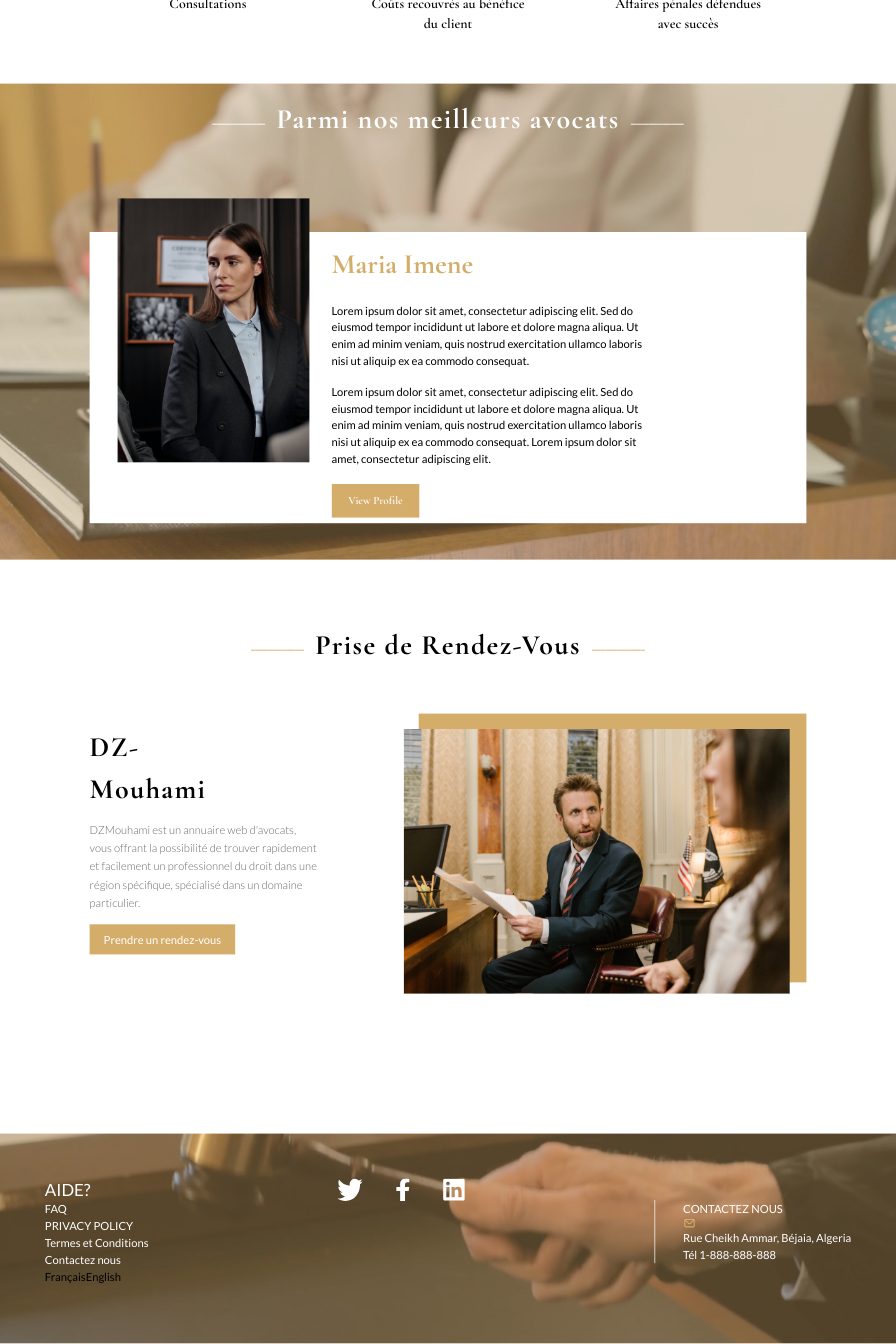
Repository: Chekrouba-Tinhinane/Mohami_dz
Page: / (app in client/)
These files come from the project's save history. The page is drawn as it stood at one moment and after a run of saves; the edit follows.
The browser window is 1280 px wide. The pictures show the part of the page from y = 2348 to 4268 px (the page is 4268 px tall), at 70% of full size.
The project was rebuilt for these pictures with package versions that can differ from the ones it lists, and the page was loaded fresh each time. Also part of the build but not shown: client/vite.config.js, client/src/SignIn.jsx, client/src/components/Selector.jsx, client/src/components/SearchContainer.jsx, client/src/Search.jsx, client/src/components/super/HomeLayout.jsx, client/src/components/Profile.jsx.

Above is the page before, as saved 2024-01-25 18:19:19.

### client/index.html
<!doctype html>
<html lang="en">
  <head>
    <meta charset="UTF-8" />
    <link rel="icon" type="image/svg+xml" href="/vite.svg" />
    <meta name="viewport" content="width=device-width, initial-scale=1.0" />
    <title>Mouhami DZ</title>
  </head>
  <body>
    <div id="root"></div>
    <script type="module" src="/src/App.jsx"></script>
  </body>
</html>

### client/src/App.jsx
import React from "react";
import { createRoot } from "react-dom/client";
import { BrowserRouter, Routes, Route } from "react-router-dom";
import "./index.css";
import LandingPage from "./LandingPage";
import SignIn from "./SignIn";
import Search from "./Search";
import HomeLayout from "./components/super/HomeLayout";
import Profile from "./components/Profile";

const App = () => {
  return (
    <BrowserRouter>
      <Routes>
        <Route path={"/"} element={<LandingPage />} />

        <Route path={"/Signin"} element={<SignIn />} />
        <Route
          path={"/Search"}
          element={<HomeLayout pageComponent={<Search />} />}
        />
        {/* <Route path={"/Signin"} element={<SignIn />} />
        <Route
          path={"/Schedule"}
          element={<HomeLayout pageComponent={<Schedule />} />}
        />

        <Route
          path={"/Settings"}
          element={<HomeLayout pageComponent={<Staff />} />}
        />
        <Route
          path={"/profile/:id"}
          element={<HomeLayout pageComponent={<Profile />} />}
        /> */}
        <Route
          path={"/profile"}
          element={<HomeLayout pageComponent={<Profile />} />}
        />
      </Routes>
    </BrowserRouter>
  );
};

export default App;

const root = createRoot(document.getElementById("root"));
root.render(<App />);

### client/src/index.css
@import url("https://fonts.googleapis.com/css2?family=Cormorant+Garamond:wght@300;400;500;600;700&family=Lato:wght@100;300;400;700;900&display=swap");

@tailwind base;
@tailwind components;
@tailwind utilities;

@layer base {
  a {
    @apply cursor-pointer;
  }
  h1 {
    @apply text-[50px] font-bold;
  }
  h2 {
    @apply text-[2.5rem] font-bold;
  }
  p {
  }
  h3 {
  }
  h4 {
    @apply text-[1rem] font-semibold;
  }
  textarea {
  }
  input {
  }
  select {
  }
}

* {
  /*font-family: 'Cormorant Garamond', serif; */
  font-family: "Lato", sans-serif;
  box-sizing: border-box;
  padding: 0;
  margin: 0;
}

.recursive {
  font-family: "Cormorant Garamond", serif;
}

.nav-item::after {
  content: "";
  display: block;
  width: 0;
  height: 2px;
  margin-top: 5px;
  background-color: rgb(212, 173, 107);
  transition: width 0.4s;
}

.nav-item:hover::after {
  width: 100%;
}

### client/src/LandingPage.jsx
import React, { useEffect, useState } from "react";

import header from "./assets/landing/header.jpg";
import hero from "./assets/landing/hero.png";
import section1 from "./assets/landing/section1.jpg";
import section2 from "./assets/landing/section2.jpg";
import footer from "./assets/landing/footer.jpg";
import maria from "./assets/landing/maria.jpg";
import scene from "./assets/landing/scene.png";

import msg from "./assets/icons/contact/msg.svg";

import twitter from "./assets/icons/footer/twitter.svg";
import fb from "./assets/icons/footer/fb.svg";
import linkedin from "./assets/icons/footer/linkedin.svg";

import NavBar from "./components/super/NavBar";

import AOS from "aos";
import "aos/dist/aos.css";

AOS.init();

const LandingPage = () => {
  useEffect(() => {
    AOS.refresh();
  }, []);

  return (
    <div className="overflow-hidden flex flex-col relative mx-auto items-center bg-white z-10">
      <header className=" p-3 recursive border-b border-b-primary w-[90%] text-center font-semibold text-xl">
        {" "}
        DZ Mouhami{" "}
      </header>
      <NavBar />
      <Header />
      <About />
      <Feedback />

      <Achievements />
      <Hero />
      <Appoint />
      <Footer />
    </div>
  );
};

export default LandingPage;

function Header() {
  return (
    <section
      id="header"
      className=" relative flex w-screen justify-center my-3"
    >
      <img src={header} className="w-full h-[600px] object-cover" alt="" />
      <h2 className=" recursive absolute bottom-[7%] left-[10%] text-white w-[60%]">
        "Legal Solutions, Trusted Advocacy: Your Path to Justice Begins with
        Us."
      </h2>
    </section>
  );
}

function About() {
  return (
    <section
      id="about"
      data-aos="fade-right"
      data-aos-duration="1000"
      className="mx-3 my-10 flex gap-[6rem] justify-center items-center"
    >
      {/* fifth section */}
      <div className=" flex flex-col w-[40%] ">
        <h2 className=" recursive w-[40%] place-self-end">
          A propos de DZ Mouhami
        </h2>
        <img src={hero} className="" alt="" />
      </div>

      <div className=" basis-[40%] mb-16 ">
        {" "}
        {/*  */}
        <h2 className=" recursive tracking-wider w-[50%] my-4">DZ-Mouhami</h2>
        <p className=" w-[80%] opacity-60 font-light leading-relaxed mb-7">
          DZMouhami est un annuaire web d'avocats, vous offrant la possibilité
          de trouver rapidement et facilement un professionnel du droit dans une
          région spécifique, spécialisé dans un domaine particulier.
        </p>
        <a
          href=""
          className=" py-2 px-5 text-white bg-primary hover:bg-opacity-65"
        >
          Trouver un avocat
        </a>
      </div>
    </section>
  );
}

function Feedback() {
  const userComments = [
    {
      username: "User123",
      comment:
        "Effortlessly found the right lawyer for my needs – the detailed profiles and client reviews streamlined the decision-making process.",
    },
    {
      username: "LegalEagle",
      comment:
        "Incredibly user-friendly directory; comprehensive lawyer profiles and responsive design made my search for legal representation hassle-free.",
    },
    {
      username: "LawSeeker",
      comment:
        "Highly impressed with the intuitive interface and wealth of information – this directory simplified the task of finding a skilled attorney.",
    },
  ];

  // You can now use the userComments array as needed in your code.

  return (
    <section
      id="feedback"
      className=" relative flex w-screen justify-center my-4"
    >
      <img
        src={section1}
        className="w-full h-[640px] bg-center object-cover"
        alt=""
      />
      <div className="absolute top-0 text-white">
        <div className=" flex flex-col items-center">
          <div className="flex items-center my-5 gap-4">
            <span className=" font-semibold select-none">____________</span>
            <h2 className=" recursive  tracking-wider ">
              Nos Témoignages
            </h2>{" "}
            <span className=" font-semibold select-none">____________</span>
          </div>

          <h2 className=" mt-16 mb-8 recursive w-[85%] text-center">
            CE QUE NOS CLIENTS PENSENT DE NOUS
          </h2>
          <div className=" flex gap-10 w-[75%] ">
            {userComments.map((el, i) => {
              return (
                <div className=" flex flex-col justify-between bg-white p-6 rounded-md text-black text-sm h-56 ">
                  {el.comment}
                  <div className=" flex gap-5 items-center">
                    {" "}
                    <div class="w-14 h-14 bg-gray-500 rounded-full"></div>
                    {el.username}
                  </div>
                </div>
              );
            })}
          </div>
        </div>
      </div>
    </section>
  );
}

function Achievements() {
  return (
    <div className=" flex flex-col w-[80%] items-center mx-auto my-10 gap-8 ">
      <div className="flex items-center my-5 gap-4">
        <span className=" font-semibold select-none text-primary">
          ____________
        </span>
        <h2 className=" recursive tracking-wider">Nos Réalisations</h2>{" "}
        <span className=" font-semibold select-none text-primary">
          ____________
        </span>
      </div>

      <div className="flex w-full justify-between  ">
        <div className="flex flex-col items-center basis-[33%] gap-4">
          {" "}
          <h4 className=" recursive text-primary text-3xl font-bold">
            879+
          </h4>{" "}
          <span className=" w-[70%] text-center recursive font-semibold text-xl">
            Consultations
          </span>
        </div>
        <div className="flex flex-col items-center basis-[33%] gap-4">
          {" "}
          <h4 className=" recursive text-primary text-3xl font-bold">
            12 Mil
          </h4>{" "}
          <span className=" w-[70%] text-center recursive font-semibold text-xl">
            Coûts recouvrés au bénéfice du client
          </span>
        </div>
        <div className="flex flex-col items-center basis-[33%] gap-4">
          {" "}
          <h4 className=" recursive text-primary text-3xl font-bold">
            92%
          </h4>{" "}
          <span className=" w-[70%] text-center recursive font-semibold text-xl">
            Affaires pénales défendues avec succès
          </span>
        </div>
      </div>
    </div>
  );
}

function Hero() {
  return (
    <section id="hero" className=" relative flex w-screen justify-center my-8 ">
      <img
        src={section2}
        className="w-full h-[680px] bg-center object-cover"
        alt=""
      />
      <div className="absolute top-0 text-white">
        <div className=" flex flex-col items-center gap-[6rem]">
          <div className="flex items-center my-5 gap-4">
            <span className=" font-semibold select-none">____________</span>
            <h2 className=" recursive  tracking-wider ">
              Parmi nos meilleurs avocats
            </h2>{" "}
            <span className=" font-semibold select-none">____________</span>
          </div>

          <div className=" flex gap-8 w-[80%] bg-white text-black h-[26rem] px-10 my-4 ">
            <div className="relative basis-[30%]">
              {" "}
              <img
                src={maria}
                alt=""
                className=" absolute -top-12  object-contain"
              />
            </div>
            <div className=" flex flex-col basis-[70%] my-4 gap-6  ">
              {" "}
              <h2 className=" recursive text-primary">Maria Imene</h2>{" "}
              <p className=" w-[70%] flex flex-col gap-5 ">
                <span>
                  Lorem ipsum dolor sit amet, consectetur adipiscing elit. Sed
                  do eiusmod tempor incididunt ut labore et dolore magna aliqua.
                  Ut enim ad minim veniam, quis nostrud exercitation ullamco
                  laboris nisi ut aliquip ex ea commodo consequat.{" "}
                </span>

                <span>
                  Lorem ipsum dolor sit amet, consectetur adipiscing elit. Sed
                  do eiusmod tempor incididunt ut labore et dolore magna aliqua.
                  Ut enim ad minim veniam, quis nostrud exercitation ullamco
                  laboris nisi ut aliquip ex ea commodo consequat. Lorem ipsum
                  dolor sit amet, consectetur adipiscing elit.
                </span>
              </p>
              <a
                href=""
                className="flex w-max recursive text-white bg-primary px-6 py-3 font-semibold hover:bg-opacity-75"
              >
                View Profile
              </a>
            </div>
          </div>
        </div>
      </div>
    </section>
  );
}

function Footer() {
  const [language, setLanguage] = useState('fr');

  const handleLanguageChange = (event) => {
    setLanguage(event.target.value);
    // You can add logic here to change the language of your website
    // For example, you might reload the page or fetch translated content from a server
  };
  return (
    <footer
      id="footer"
      className="h-[300px] relative flex w-full justify-center mt-[10rem] text-white"
    >
      <img src={footer} alt="" className="w-full object-cover" />
      {/* sixth section */}
      <div className="absolute w-full flex justify-center pt-[4rem]">
        <div className="flex items-center justify-between px-16 max-w-[86rem] w-full">
          <div className="flex flex-col">
            <h3 className=" text-2xl">AIDE?</h3>
            <ul className="flex flex-col">
              <li>FAQ</li>
              <li>PRIVACY POLICY</li>
              <li>Termes et Conditions</li>
              <li>Contactez nous</li>
            </ul>

            <div className="language-selector text-black">
        <button onClick={() => handleLanguageChange('fr')}>Français</button>
        <button onClick={() => handleLanguageChange('en')}>English</button>
      </div>

          </div>

          <div className="flex place-self-start gap-[3rem]">
            <img src={twitter} alt="" />
            <img src={fb} alt="" />
            <img src={linkedin} alt="" />
          </div>

          <div className="border-l border-l-white pl-10 flex flex-col">
            <p>
              CONTACTEZ NOUS
              <span>
                <img src={msg} alt="" />
              </span>
            </p>
            <p>Rue Cheikh Ammar, Béjaia, Algeria</p>
            <p>Tél 1-888-888-888</p>
          </div>
        </div>
      </div>
    </footer>
  );
}

function Appoint() {
  return (
    <section
      id="appoint"
      className=" flex flex-col w-full justify-center items-center gap-[3rem] my-10"
    >
      <div className=" flex flex-col items-center">
        <div className="flex items-center my-5 gap-4">
          <span className=" font-semibold select-none text-primary">
            ____________
          </span>
          <h2 className=" recursive  tracking-wider ">Prise de Rendez-Vous</h2>{" "}
          <span className=" font-semibold select-none text-primary">
            ____________
          </span>
        </div>
      </div>

      <div className=" flex w-[80%] items-center justify-between ">
        <div className=" basis-[40%] mb-16 ">
          {" "}
          {/*  */}
          <h2 className=" recursive tracking-wider w-[50%] my-4">DZ-Mouhami</h2>
          <p className=" w-[80%] opacity-60 font-light leading-relaxed mb-7">
            DZMouhami est un annuaire web d'avocats, vous offrant la possibilité
            de trouver rapidement et facilement un professionnel du droit dans
            une région spécifique, spécialisé dans un domaine particulier.
          </p>
          <a
            href=""
            className=" py-3 px-5 text-white bg-primary hover:bg-opacity-65"
          >
            Prendre un rendez-vous{" "}
          </a>
        </div>

        <img src={scene} className="" alt="" />
      </div>
    </section>
  );
}

### client/src/components/super/NavBar.jsx
import { motion } from "framer-motion";
import { Link } from "react-router-dom";
import { Link as ScrollLink } from "react-scroll";

const NavBar = () => {
  return (
    <div
      whileHover={{ scale: 1, originX: 0, color: "#D4AD6B" }}
      transition={{ type: "tween", duration: 0.2 }}
      className=" flex items-center px-20 pt-6 mb-3 w-full justify-between "
    >
      <motion.ul className="flex gap-[2rem] text-sm">
        <motion.li
          whileHover={{ scale: 1, originX: 0, color: "#D4AD6B" }}
          transition={{ type: "tween", duration: 0.2 }}
          className=" font-semibold opacity-80 tracking-wider cursor-pointer"
        >
          <ScrollLink
            to={"about"}
            spy={true}
            smooth={true}
            offset={-50}
            duration={500}
            className="nav-item"
          >
            Accueil
          </ScrollLink>
        </motion.li>
        <motion.li
          whileHover={{ scale: 1, originX: 0, color: "#D4AD6B" }}
          transition={{ type: "tween", duration: 0.2 }}
          className=" font-semibold opacity-80 tracking-wider cursor-pointer"
        >
          <ScrollLink
            to="hero"
            spy={true}
            smooth={true}
            offset={0}
            duration={500}
            className="nav-item"
          >
            Trouver un avocat
          </ScrollLink>
        </motion.li>
        <motion.li
          whileHover={{ scale: 1, originX: 0, color: "#D4AD6B" }}
          transition={{ type: "tween", duration: 0.2 }}
          className=" font-semibold opacity-80 tracking-wider cursor-pointer"
        >
          <ScrollLink
            to="appoint"
            spy={true}
            smooth={true}
            offset={50}
            duration={500}
            className="nav-item"
          >
            Prendre un rendez-vous
          </ScrollLink>
        </motion.li>
        <motion.li
          whileHover={{ scale: 1, originX: 0, color: "#D4AD6B" }}
          transition={{ type: "tween", duration: 0.2 }}
          className=" font-semibold opacity-80 tracking-wider cursor-pointer"
        >
          <ScrollLink
            to="footer"
            spy={true}
            smooth={true}
            offset={-100}
            duration={500}
            className="nav-item"
          >
            Contactez nous
          </ScrollLink>
        </motion.li>
      </motion.ul>
      <div className="flex gap-[1rem]">
        <Link
          to={"/SignIn"}
          href=""
          className=" recursive flex items-center font-semibold text-primary border border-primary bg-white text-center text-lg py-1.5 px-3.5 hover:bg-opacity-70 "
        >
          Se connecter
        </Link>
      </div>
    </div>
  );
};

export default NavBar;

### client/tailwind.config.js
/** @type {import('tailwindcss').Config} */
module.exports = {
  content: ["./src/**/*.{js,jsx,ts,tsx}"],
  theme: {
    extend: {
      colors: {
        lightBrown: "#FAF5EE",
        primary: "#D4AD6B"
      },
    },
  },
  plugins: [],
};

After the next 2 saves:
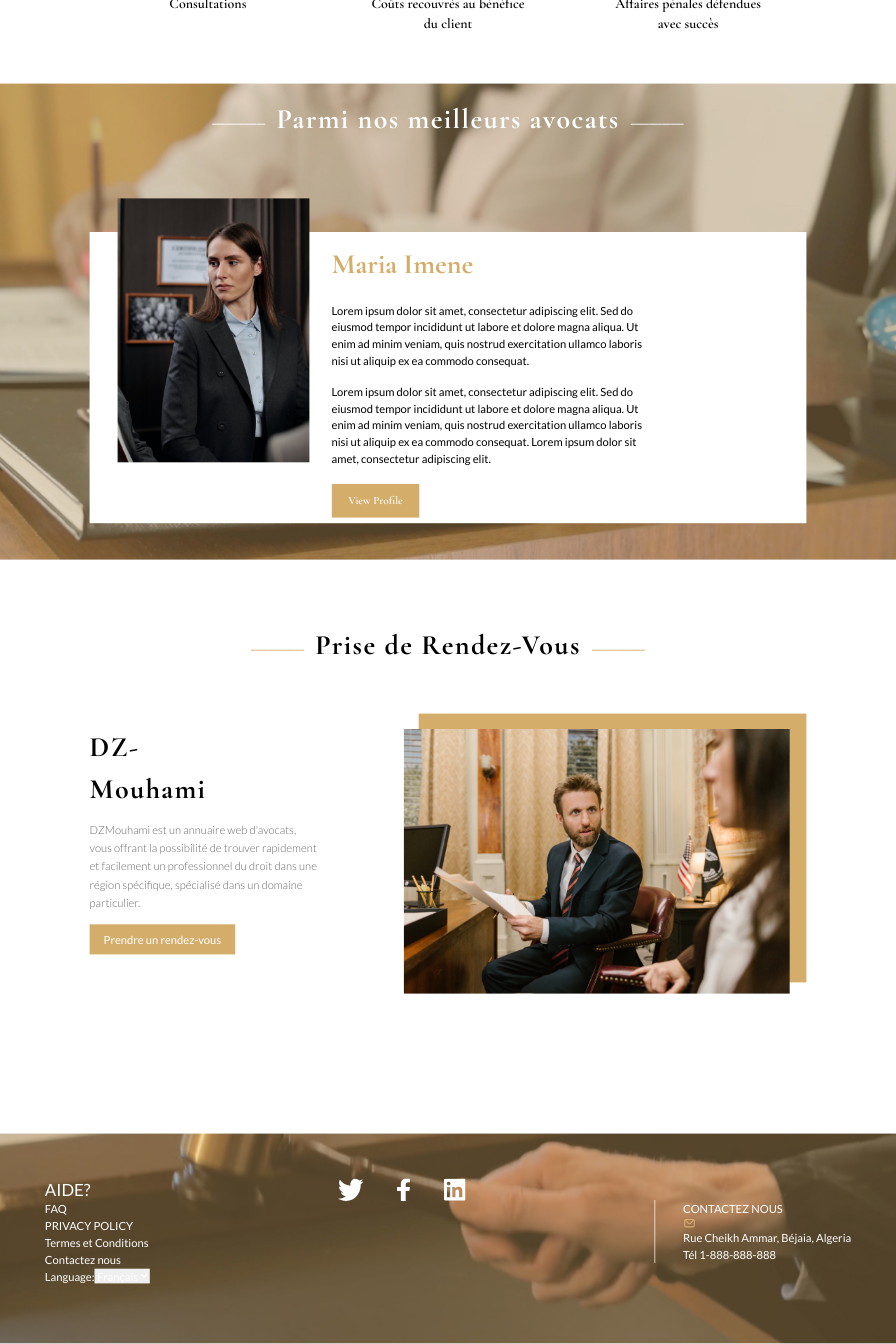
The 2 saves are shown as one change because they came seconds apart.
The last was saved 27 s later.
--- a/client/src/LandingPage.jsx
+++ b/client/src/LandingPage.jsx
@@ -269,7 +269,7 @@ function Hero() {
 }
 
 function Footer() {
-  const [language, setLanguage] = useState('fr');
+  const [language, setLanguage] = useState("fr");
 
   const handleLanguageChange = (event) => {
     setLanguage(event.target.value);
@@ -294,11 +294,17 @@ function Footer() {
               <li>Contactez nous</li>
             </ul>
 
-            <div className="language-selector text-black">
-        <button onClick={() => handleLanguageChange('fr')}>Français</button>
-        <button onClick={() => handleLanguageChange('en')}>English</button>
-      </div>
-
+            <div className="language-selector">
+              <label htmlFor="language-select">Language:</label>
+              <select
+                id="language-select"
+                value={language}
+                onChange={handleLanguageChange}
+              >
+                <option value="fr">Français</option>
+                <option value="en">English</option>
+              </select>
+            </div>
           </div>
 
           <div className="flex place-self-start gap-[3rem]">
